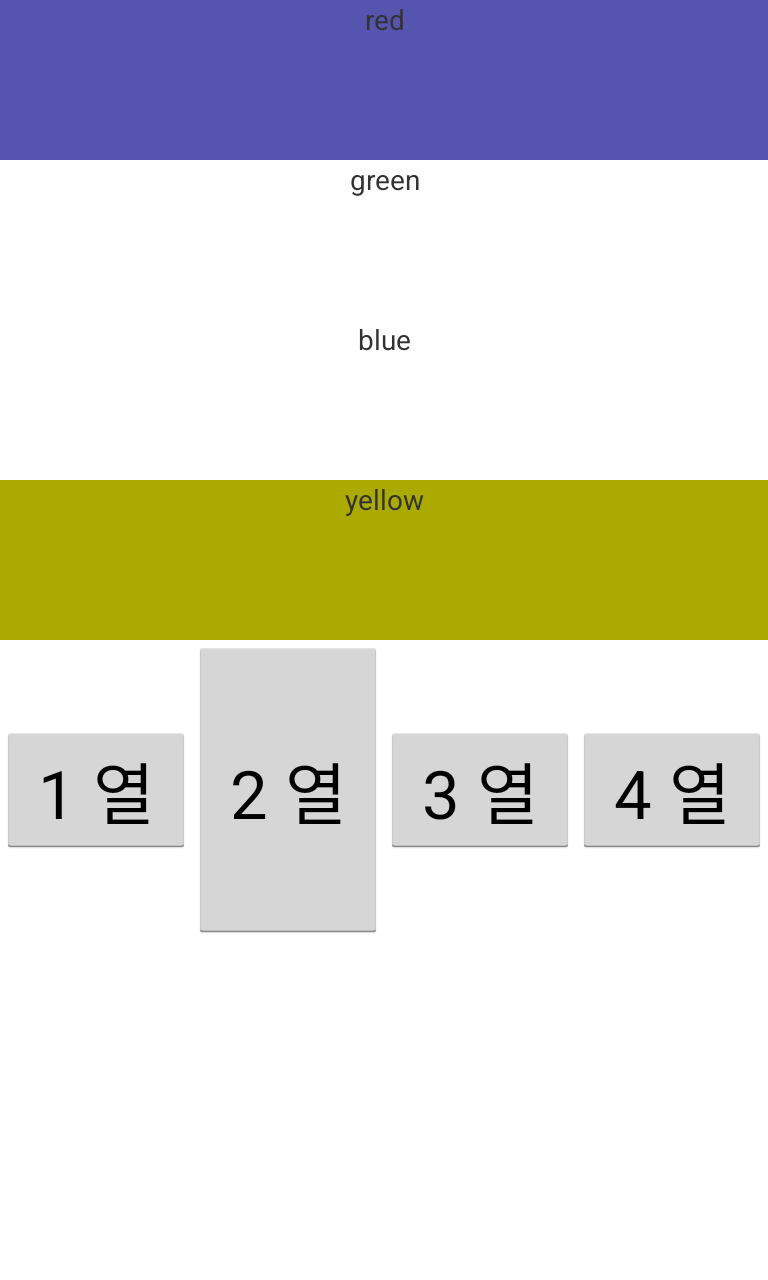
Repository: seunghaa02/allandroid
Layout: Part02/res/layout/linearlayoutmain.xml
The author's editor kept a copy of each file at every save. The layout is drawn from the files as they stood at one save, then again after the next save.
It is drawn on a 768 x 1280 px phone screen (xhdpi) without system bars, with theme android:Theme.Holo.Light; the app's code is not run.

Above is the layout before, as saved 2013-04-08 06:35:10.

### Part02/res/layout/linearlayoutmain.xml
<?xml version="1.0" encoding="utf-8"?>
<LinearLayout xmlns:android="http://schemas.android.com/apk/res/android"
    android:layout_width="fill_parent"
    android:layout_height="fill_parent"
    android:orientation="vertical" >

  <LinearLayout
  	  android:id="@+id/linear_test"
      android:orientation="vertical"
      android:layout_width="fill_parent"
      android:layout_height="fill_parent"
      android:layout_weight="1">
      <TextView
          android:text="red"
          android:gravity="center_horizontal"
          android:background="#aa000088"
          android:layout_width="match_parent"
          android:layout_height="wrap_content"
          android:layout_weight="1"/>
      <TextView
          android:text="green"
          android:gravity="center_horizontal"
          android:background="#00aa0066"
          android:layout_width="match_parent"
          android:layout_height="wrap_content"
          android:layout_weight="1"/>
      <TextView
          android:text="blue"
          android:gravity="center_horizontal"
          android:background="#0000aa22"
          android:layout_width="match_parent"
          android:layout_height="wrap_content"
          android:layout_weight="1"/>
      <TextView
          android:text="yellow"
          android:gravity="center_horizontal"
          android:background="#aaaa00"
          android:layout_width="match_parent"
          android:layout_height="wrap_content"
          android:layout_weight="1"/>
  </LinearLayout>

  <LinearLayout
    android:orientation="horizontal"
    android:layout_width="fill_parent"
    android:layout_height="fill_parent"
    android:baselineAligned="true"
    android:baselineAlignedChildIndex="1"
    android:layout_weight="1">
    <Button
        android:text="1 열"
        android:textSize="15pt"
        android:layout_width="wrap_content"
        android:layout_height="wrap_content"
        android:layout_weight="1"/>
    <Button
        android:text="2 열"
        android:textSize="15pt"
        android:layout_width="wrap_content"
        android:layout_height="300px"
        android:layout_weight="1"/>
    <Button
        android:text="3 열"
        android:textSize="15pt"
        android:layout_width="wrap_content"
        android:layout_height="wrap_content"
        android:layout_weight="1"/>
    <Button
        android:text="4 열"
        android:textSize="15pt"
        android:layout_width="wrap_content"
        android:layout_height="wrap_content"
        android:layout_weight="1"/>
  </LinearLayout>

</LinearLayout>

After the next save:
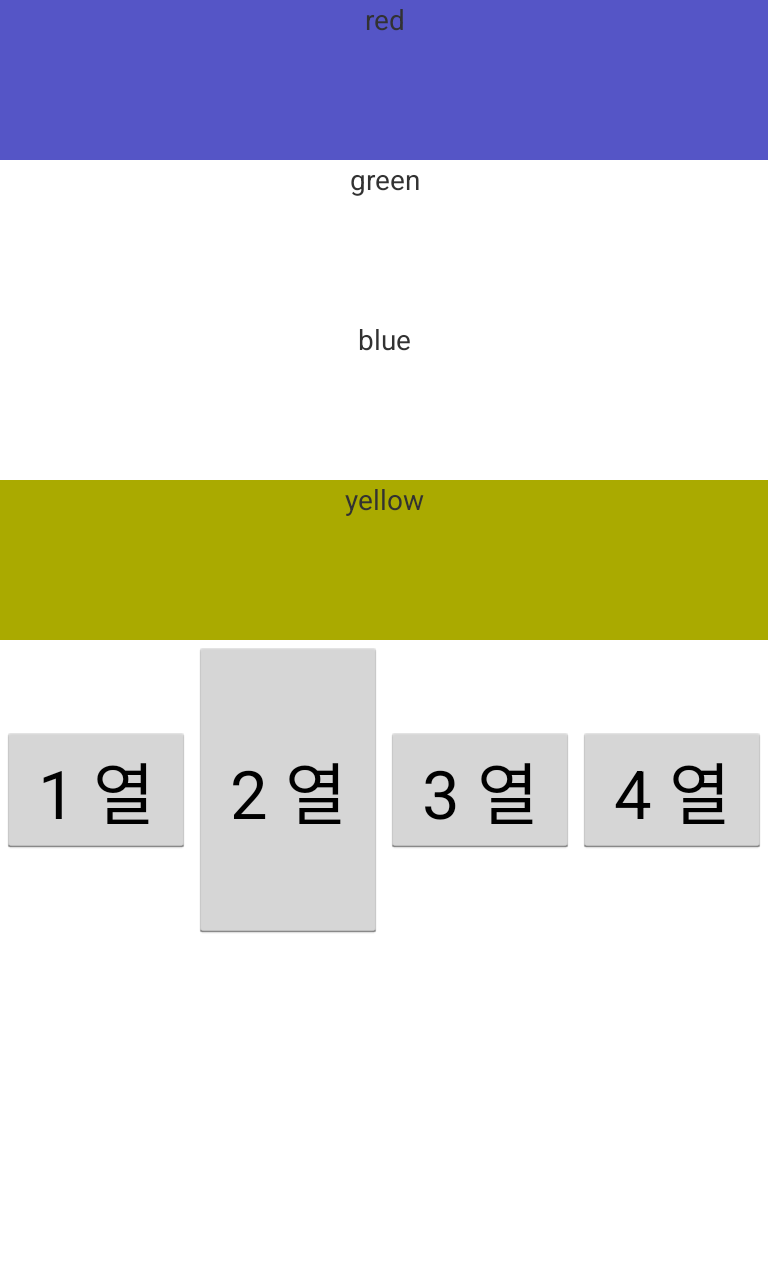
Saved 60 s later.
--- a/Part02/res/layout/linearlayoutmain.xml
+++ b/Part02/res/layout/linearlayoutmain.xml
@@ -13,7 +13,7 @@
       <TextView
           android:text="red"
           android:gravity="center_horizontal"
-          android:background="#aa000088"
+          android:background="#aa0000aa"
           android:layout_width="match_parent"
           android:layout_height="wrap_content"
           android:layout_weight="1"/>
